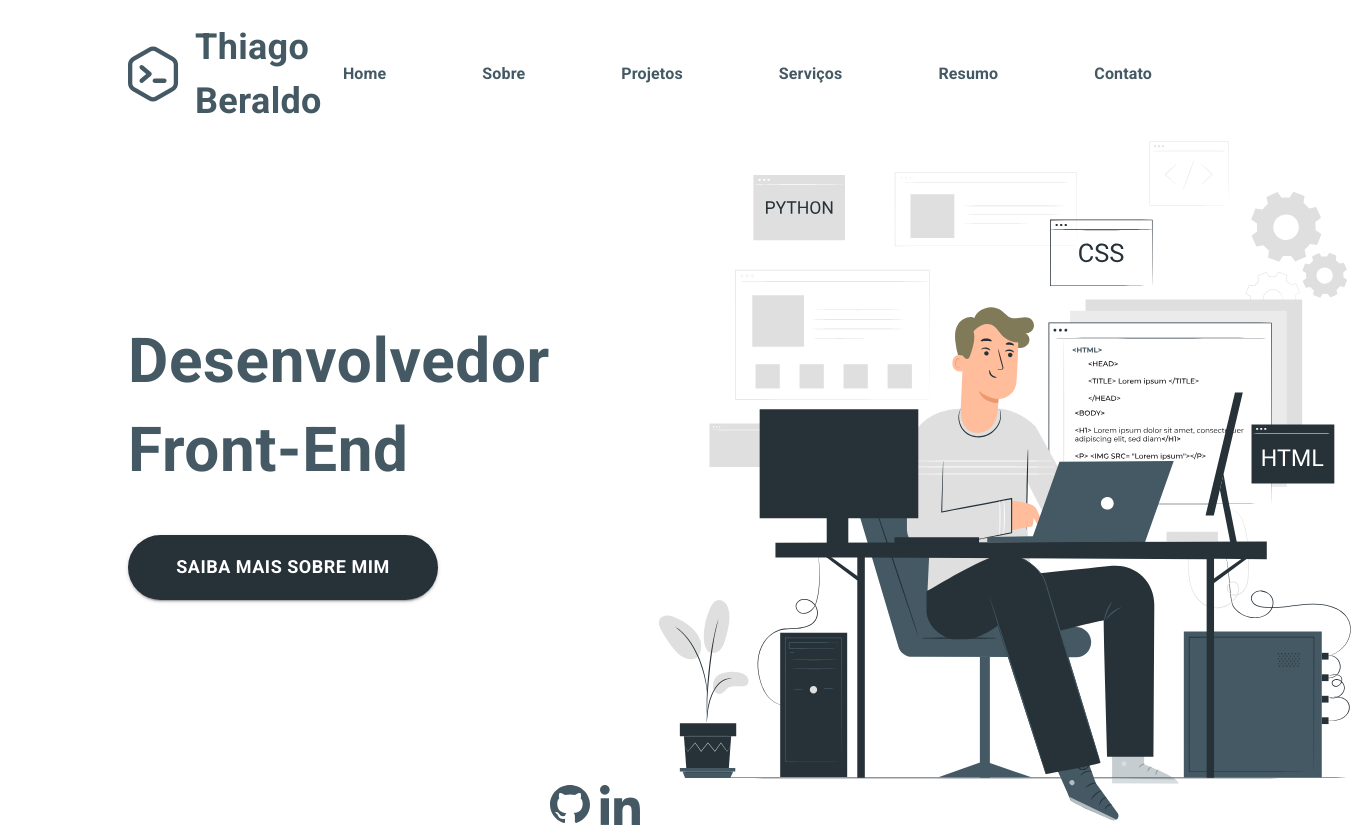
Repository: lenx0/myportfolio
Page: /
The author's editor kept a copy of each file at every save. The page is drawn from the files as they stood at one save, then again after a run of saves.
The browser window is 1280 px wide. The page is 1361 px wide, then 1280 px, then 1361 px, so the pictures cover 1361 px, including what lies to the right of the window. The pictures show the whole page.
The project was rebuilt for these pictures with package versions that can differ from the ones it lists, and the page was loaded fresh each time. Also part of the build but not shown: vite.config.js.

Above is the page before, as saved 2024-06-07 10:50:01.

### index.html
<!doctype html>
<html lang="en">
  <head>
    <meta charset="UTF-8" />
    <link href="https://fonts.googleapis.com/css2?family=Roboto:wght@400;700&display=swap" rel="stylesheet">
    <meta name="viewport" content="width=device-width, initial-scale=1.0" />
    <title>Portfólio</title>
  </head>
  <body>
    <div id="root"></div>
    <script type="module" src="/src/main.jsx"></script>
  </body>
</html>

### src/App.jsx
import { Box } from "@mui/material";
import Header from "./components/Header";
import "./global.css";
import Home from "./components/Home";

function App() {
  return (
    <Box
      sx={{
        margin: "0 10% 0 10%",
      }}
    >
      <Header />
      <Home />
    </Box>
  );
}

export default App;

### src/components/Header/index.jsx
import { Typography, Box } from "@mui/material";
import Logo from "/assets/logos/logo.svg";

export default function Header() {
  const menuItems = [
    "Home",
    "Sobre",
    "Projetos",
    "Serviços",
    "Resumo",
    "Contato",
  ];

  return (
    <>
      <Box
        component="header"
        sx={{
          display: "flex",
          alignItems: "center",
          justifyContent: "space-between",
          mt: "20px",
        }}
      >
        <Box display="flex">
          <Box component="img" src={Logo}></Box>
          <Typography
            sx={{
              fontSize: 36,
              color: "#445964",
              fontWeight: 700,
              ml: 2,
            }}
          >
            Thiago Beraldo
          </Typography>
        </Box>

        <Box
          sx={{
            display: "flex",
            gap: "96px",
            color: "#445964",
          }}
        >
          {menuItems.map((item) => (
            <Typography sx={{ cursor: "pointer", fontWeight: 700 }} key={item}>
              {item}
            </Typography>
          ))}
        </Box>
      </Box>
    </>
  );
}

### src/global.css
body {
    margin: 0;
    padding: 0;
    box-sizing: border-box;
    font-family: 'Roboto', sans-serif;
}

### src/components/Home/index.jsx
import { Box, Button, Grid, Typography } from "@mui/material";
import HomeArt from "/assets/images/Art1.svg";
import Github from "/assets/icons/Github.svg";
import Linkedin from "/assets/icons/Linkedin.svg";

const Home = () => {
  return (
    <Grid
      container
      direction="row"
      alignItems="center"
      spacing={2}
      wrap="nowrap"
    >
      <Grid item xs={12} lg={6}>
        <Typography
          variant="body2"
          sx={{
            fontSize: 62,
            fontWeight: 700,
            color: "#445964",
            flexShrink: 1,
            mb: 5,
            maxWidth: "50vw",
          }}
        >
          Desenvolvedor Front-End
        </Typography>
        <Button
          variant="contained"
          sx={{
            fontSize: 18,
            fontWeight: 700,
            backgroundColor: "#263138",
            width: 310,
            height: 65,
            borderRadius: 20,
            mb: 5,
          }}
        >
          Saiba mais sobre mim
        </Button>
      </Grid>
      <Box
        sx={{
          display: "flex",
          justifyContent: "flex-start",
          marginTop: "auto",
          gap: "10px",
        }}
      >
        <Box>
          <img src={Github} />
        </Box>
        <Box>
          <img src={Linkedin} />
        </Box>
      </Box>
      <Grid item>
        <img src={HomeArt} alt="Home Art" />
      </Grid>
    </Grid>
  );
};

export default Home;

Loaded but not shown: src/main.jsx (common file)

After the next 3 saves:
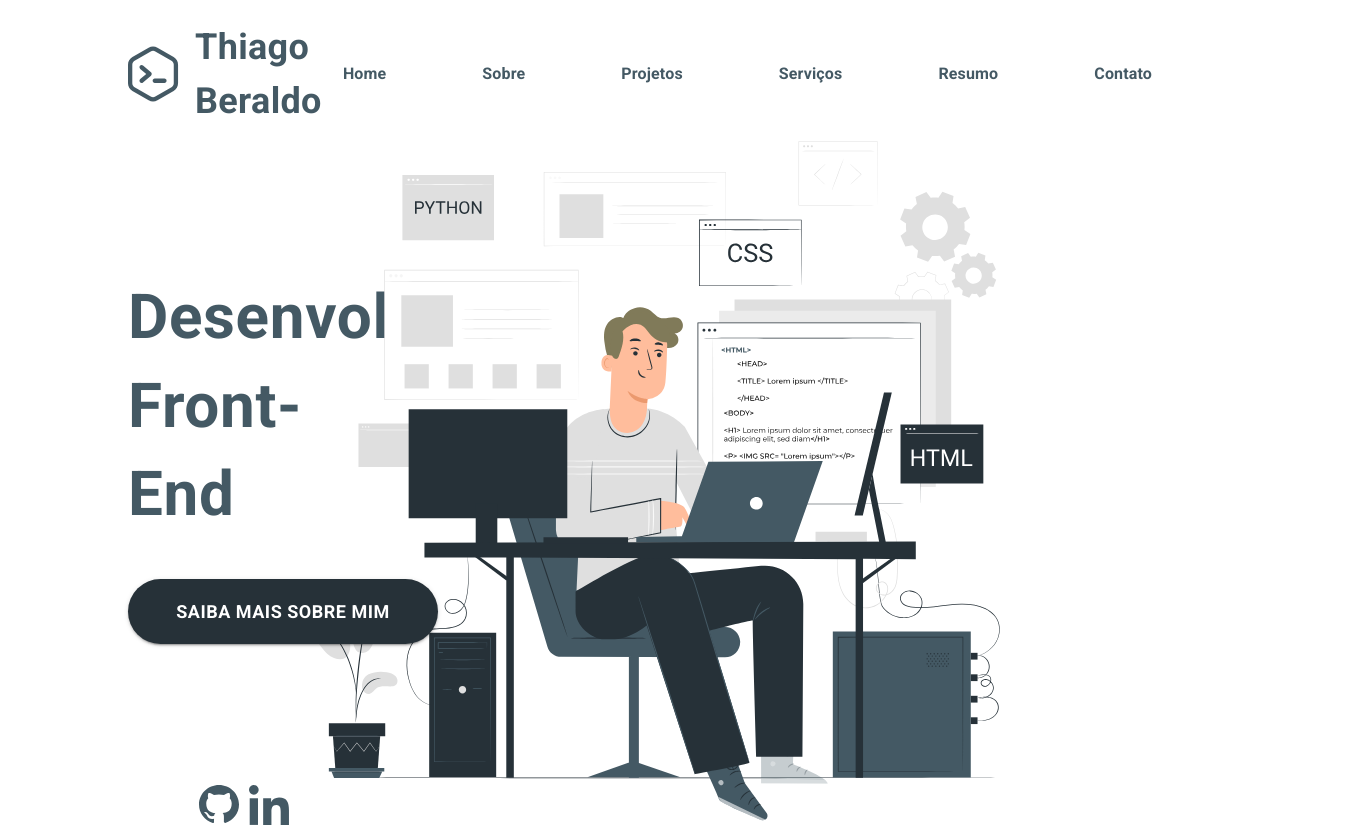
The 3 saves are shown as one change because they came seconds apart.
The last was saved 16 s later.
--- a/src/components/Home/index.jsx
+++ b/src/components/Home/index.jsx
@@ -12,7 +12,7 @@
       spacing={2}
       wrap="nowrap"
     >
-      <Grid item xs={12} lg={6}>
+      <Grid item xs={12} lg={1}>
         <Typography
           variant="body2"
           sx={{

After the save that followed:
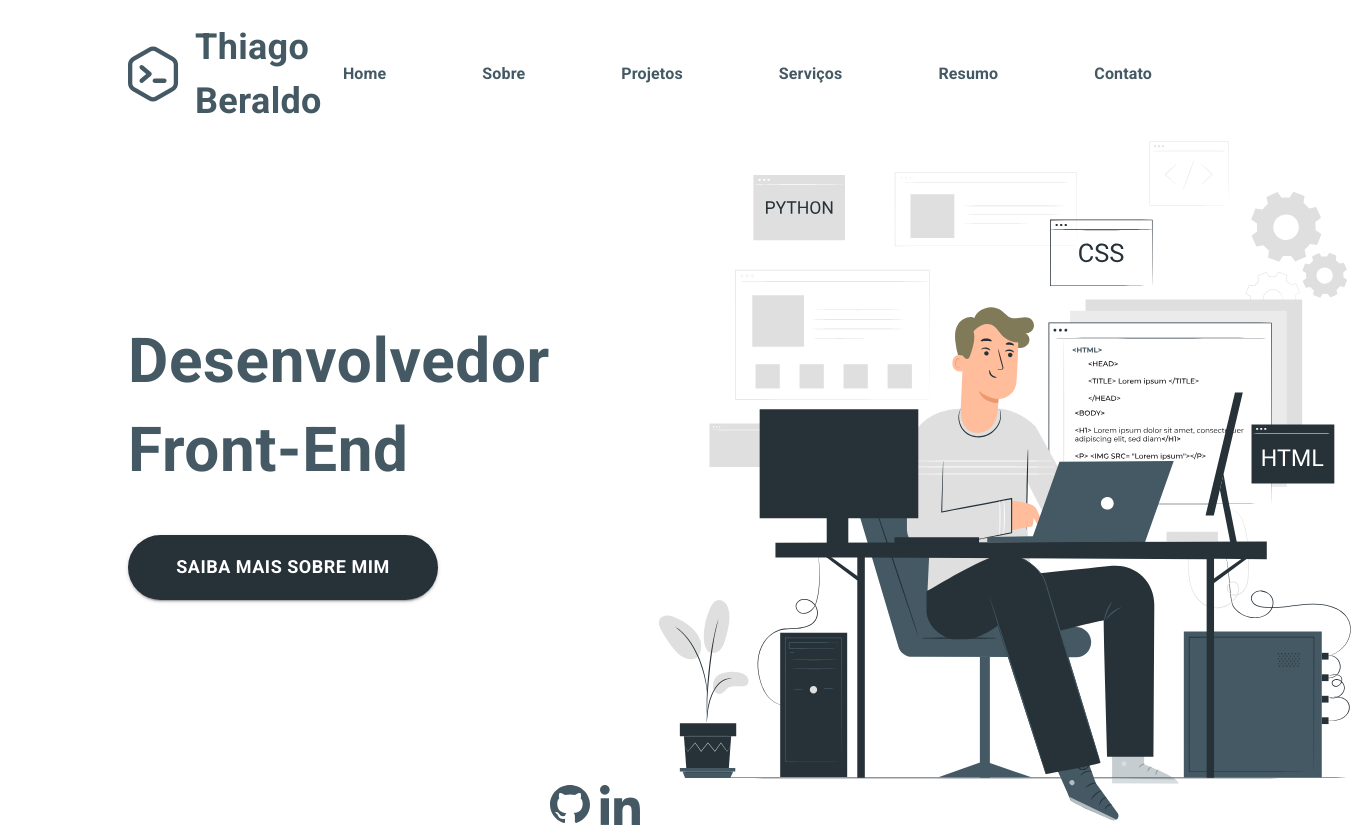
Saved 4 s later.
--- a/src/components/Home/index.jsx
+++ b/src/components/Home/index.jsx
@@ -12,7 +12,7 @@
       spacing={2}
       wrap="nowrap"
     >
-      <Grid item xs={12} lg={1}>
+      <Grid item xs={12} lg={12}>
         <Typography
           variant="body2"
           sx={{
